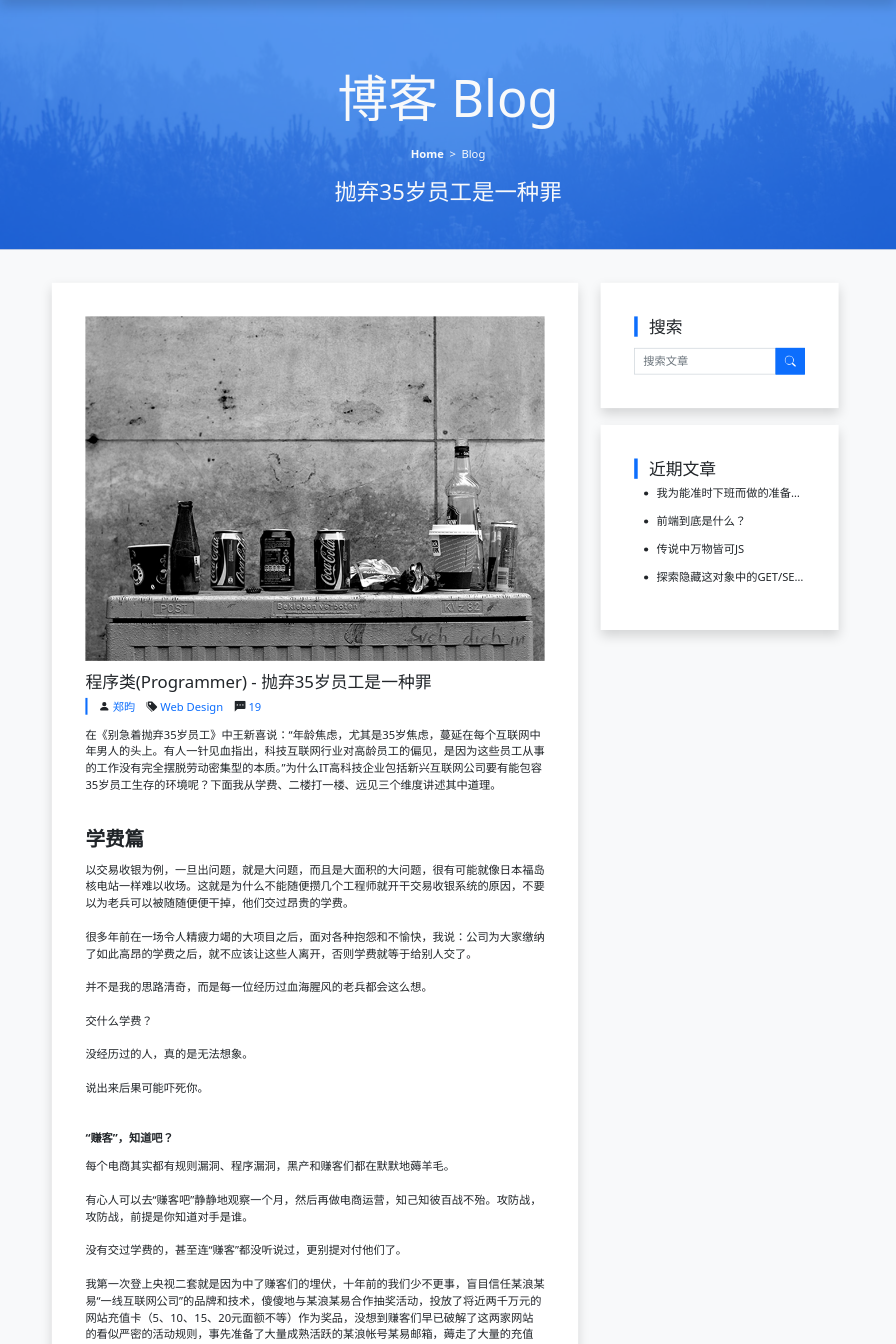
Repository: herjuandlonely/github.io
Page: index-blog.html
These files come from the project's save history. The page is drawn as it stood at one moment and after the next save; the edit follows.
The browser window is 1280 px wide. The pictures show the part of the page from y = 0 to 1920 px (the page is 3872 px tall), at 70% of full size.
Backgrounds fixed to the window are drawn as part of the page.

Above is the page before, as saved 2022-07-01 16:20:27.

### index-blog.html
<!DOCTYPE html>
<html lang="en">
<head>
    <meta charset="UTF-8">
    <meta http-equiv="X-UA-Compatible" content="IE=edge">
    <meta name="viewport" content="width=device-width, initial-scale=1.0">
    <link rel="stylesheet" href="./bootstrap-4.6.1-dist/css/bootstrap.min.css">
    <link rel="stylesheet" href="./CSS/index-blog.css">
    <link rel="stylesheet" href="./CSS/normalize.css">
    <link rel="stylesheet" href="./icon/font_3484823_t6q6q64gri/iconfont.css">
    <script src="./bootstrap-4.6.1-dist/js/bootstrap.bundle.min.js"></script>
    <title>何亚Herju- Blog -抛弃35岁员工是一种罪</title>
</head>
<body style="height: 3000px;" class=" bg-light">
    <!-- nav start -->
    <div class="container-fluid px-0 shadow navbarControl">
        <nav class="navbar navbar-expand-md navbar-dark navbarBg">
            <div class="container-fluid px-4">
                <a href="index.html" class="navbar-brand ms-4">Herju's Home</a>
                <button class="navbar-toggler" data-bs-toggle="collapse" data-bs-target="#foldBtn">
                    <span class="navbar-toggler-icon"></span>
                </button>
                <div class="collapse navbar-collapse" id="foldBtn">
                    <ul class="navbar-nav ms-auto me-4 navbarCli">
                        <li class="nav-item text-center">
                            <a class="nav-link fw-lighter" href="index.html#bk">博客 Blog</a>
                        </li>
                        <li class="nav-item text-center">
                            <a class="nav-link fw-lighter" href="index.html#jn">技能 Skill</a>
                        </li>
                        <li class="nav-item text-center">
                            <a class="nav-link fw-lighter" href="index.html#ab">关于 About</a>
                        </li>
                        <li class="nav-item text-center">
                            <a class="nav-link fw-lighter" href="index.html#lx">联系我 Call</a>
                        </li>
                    </ul>
                </div>
            </div>
        </nav>
    </div>
    <!-- nav end -->

    <!-- baneer start -->
    <div class="banner position-relative bannerContent">
        <div class=" position-absolute w-100 h-100 bg-primary" style="opacity: .7;"></div>
        <div class=" position-absolute w-100 h-100 py-5" style="z-index: 3;">
            <h1 class=" text-light text-center display-2 mb-0">博客 Blog</h1>
            <nav class=" text-light mbShit mt-5 mt-md-4" >
                <ol class="breadcrumb d-flex justify-content-center">
                    <li class="breadcrumb-item">
                        <a href="index.html" class="text-light text-decoration-none fw-bold">Home</a>
                    </li>
                    <li class="breadcrumb-item">Blog</li>
                </ol>
            </nav>
            <h1 class="text-center text-light mt-5 mt-md-4">抛弃35岁员工是一种罪</h1>
        </div>
    </div>
    <!-- baneer start -->

    <!-- content start -->
    <div class="container">
        <div class="row py-5">
            <div class="col-lg-8 col-12 px-1">

                <!-- 主内容 -->
                <div class="shadow bg-white p-5 mb-4">
                    <img src="./image/piqsels.com-id-fggmp.png" class="img-fluid">
                    <h4 class=" mt-3">
                        程序类(Programmer) - 抛弃35岁员工是一种罪
                    </h4>
                    <ul class='border-start border-3 border-primary list-unstyled d-flex'>
                        <li class=" ms-3">
                            <a href="#" class=" text-decoration-none d-flex align-items-center">
                                <svg xmlns="http://www.w3.org/2000/svg" width="16" height="16" fill="currentColor" class="bi bi-person-fill text-dark me-1" viewBox="0 0 16 16">
                                    <path d="M3 14s-1 0-1-1 1-4 6-4 6 3 6 4-1 1-1 1H3zm5-6a3 3 0 1 0 0-6 3 3 0 0 0 0 6z"/>
                                  </svg>
                                郑昀
                            </a>
                        </li>
                        <li class=" ms-3">
                            <a href="#" class=" text-decoration-none d-flex align-items-center">
                                <svg xmlns="http://www.w3.org/2000/svg" width="16" height="16" fill="currentColor" class="bi bi-tags-fill text-dark me-1" viewBox="0 0 16 16">
                                    <path d="M2 2a1 1 0 0 1 1-1h4.586a1 1 0 0 1 .707.293l7 7a1 1 0 0 1 0 1.414l-4.586 4.586a1 1 0 0 1-1.414 0l-7-7A1 1 0 0 1 2 6.586V2zm3.5 4a1.5 1.5 0 1 0 0-3 1.5 1.5 0 0 0 0 3z"/>
                                    <path d="M1.293 7.793A1 1 0 0 1 1 7.086V2a1 1 0 0 0-1 1v4.586a1 1 0 0 0 .293.707l7 7a1 1 0 0 0 1.414 0l.043-.043-7.457-7.457z"/>
                                  </svg>
                                Web Design
                            </a>
                        </li>
                        <li class=" ms-3">
                            <a href="#" class=" text-decoration-none d-flex align-items-center">
                                <svg xmlns="http://www.w3.org/2000/svg" width="16" height="16" fill="currentColor" class="bi bi-chat-left-dots-fill text-dark me-1" viewBox="0 0 16 16">
                                    <path d="M0 2a2 2 0 0 1 2-2h12a2 2 0 0 1 2 2v8a2 2 0 0 1-2 2H4.414a1 1 0 0 0-.707.293L.854 15.146A.5.5 0 0 1 0 14.793V2zm5 4a1 1 0 1 0-2 0 1 1 0 0 0 2 0zm4 0a1 1 0 1 0-2 0 1 1 0 0 0 2 0zm3 1a1 1 0 1 0 0-2 1 1 0 0 0 0 2z"/>
                                  </svg>
                                19
                            </a>
                        </li>
                    </ul>
                    <p class="mb-2">在《别急着抛弃35岁员工》中王新喜说：“年龄焦虑，尤其是35岁焦虑，蔓延在每个互联网中年男人的头上。有人一针见血指出，科技互联网行业对高龄员工的偏见，是因为这些员工从事的工作没有完全摆脱劳动密集型的本质。”为什么IT高科技企业包括新兴互联网公司要有能包容35岁员工生存的环境呢？下面我从学费、二楼打一楼、远见三个维度讲述其中道理。</p>
                    <h3 class=" fw-bold mt-5">学费篇</h3>
                    <p class="mt-3">以交易收银为例，一旦出问题，就是大问题，而且是大面积的大问题，很有可能就像日本福岛核电站一样难以收场。这就是为什么不能随便攒几个工程师就开干交易收银系统的原因，不要以为老兵可以被随随便便干掉，他们交过昂贵的学费。<br><br>
                        很多年前在一场令人精疲力竭的大项目之后，面对各种抱怨和不愉快，我说：公司为大家缴纳了如此高昂的学费之后，就不应该让这些人离开，否则学费就等于给别人交了。<br><br>
                        并不是我的思路清奇，而是每一位经历过血海腥风的老兵都会这么想。<br><br>
                        交什么学费？<br><br>
                        没经历过的人，真的是无法想象。<br><br>
                        说出来后果可能吓死你。
                    </p>
                    <p class=" fw-bold mt-5">“赚客”，知道吧？</p>
                    <p>每个电商其实都有规则漏洞、程序漏洞，黑产和赚客们都在默默地薅羊毛。<br><br>
                        有心人可以去“赚客吧”静静地观察一个月，然后再做电商运营，知己知彼百战不殆。攻防战，攻防战，前提是你知道对手是谁。<br><br>
                        没有交过学费的，甚至连“赚客”都没听说过，更别提对付他们了。<br><br>
                        我第一次登上央视二套就是因为中了赚客们的埋伏，十年前的我们少不更事，盲目信任某浪某易“一线互联网公司”的品牌和技术，傻傻地与某浪某易合作抽奖活动，投放了将近两千万元的网站充值卡（5、10、15、20元面额不等）作为奖品，没想到赚客们早已破解了这两家网站的看似严密的活动规则，事先准备了大量成熟活跃的某浪帐号某易邮箱，薅走了大量的充值卡。<br><br>
                        最近一次再度目睹赚客是2019年1月20日凌晨1点到10点，整整9个小时，羊毛党徒们狂欢，从拼多多领取（而不是抢购）100元无门槛优惠券，据信拼多多损失高达数千万元。<br><br>
                        幸好拼多多有专业团队写就的用户服务协议，能够有效地在这种薅羊毛事件中保护拼多多，比如：
                    </p>
                    <ul>
                        <li class=" mt-3">
                            账户保管：凡经您的账号和密码成功登录使用拼多多平台，即视为您的使用行为；您应当对您的账户进行的所有活动及后果负法律责任。您不得以任何形式擅自转让或授权他人使用您的账户，因您主动泄露、出借账户信息或因您遭受他人攻击、诈骗等行为导致的损失及后果，拼多多并不承担责任，您可以通过司法、行政等救济途径向侵权行为人追偿。<span class=" text-primary">（注：撇清盗号连带责任）</span>
                        </li>
                        <li class=" mt-3">
                            交易秩序：您的购买行为应当基于真实的消费需求，不得实施恶意购买、恶意维权等扰乱拼多多平台正常交易秩序的行为。基于维护拼多多平台交易秩序及交易安全的需要，拼多多发现上述情形时有权采取关闭相关交易订单，限制账户使用功能、中止或 终止服务等措施而无需事先通知您。<span class=" text-primary">（注：关闭订单，关停账户，有法可依！）</span>
                        </li>
                        <li class=" mt-3">
                            商品信息：您充分理解， 拼多多平台上存在海量信息，因为互联网技术及人力的局限性，拼多多不能保证平台上所有商品的信息均准确、完整、可靠、有效、没有错误和没有误导性。除拼多多有明显过错外，对于因商品信息导致的纠纷，拼多多不承担任何责任。<span class=" text-primary">（注：以往公司经常因为商品信息不准确或标价错误，而被消费者牵涉入官司中）</span>
                        </li>
                        <li class=" mt-3">
                            异常订单处理：如拼多多发现您通过拼多多平台下达的订单存在违反法律规定或者本协议约定的异常情形的，拼多多有权采取关闭相关交易订单、限制账户使用功能、中止或终止服务等措施而无需事先通知您。<span class=" text-primary">（注：针对薅羊毛黑产们的大杀器！）</span>
                        </li>
                        <li class=" mt-3">
                            禁止行为：使用拼多多平台外挂和/或利用拼多多平台当中的 BUG 来获得不正当的利益；<span class=" text-primary">（注：针对赚客们的大杀器！）</span>
                        </li>
                        <li class=" mt-3">
                            服务中断：您理解并同意，拼多多需要定期或者不定期地对拼多多平台、设备进行维护或者检修，因此造成的拼多多服务在合理时间内的中断，拼多多无需为此承担任何责任，但拼多多将尽可能事先通知您。<span class=" text-primary">（注：紧急事件发生的时候，可以主动关停服务！）</span>
                        </li>
                    </ul>
                    <p class="mt-4">
                        这是什么？这特么就是金山银海般的学费买来的宝贵战斗经验，在雪崩之下挽救公司前程命运。
                    </p>
                </div>

                <!-- 评论 -->
                <div class="shadow bg-white p-5 mb-4">
                    <h4 class=" border-start border-5 border-primary ps-3">留言（19）</h4>
                    <div class="d-flex mt-5">
                        <img src="./image/zm.gif" style="height: 80px;" />
                        <div class="ms-4 w-auto">
                            <h4>XXX</h4>
                            <i>19 Sep 2022</i>
                            <p class=" text-secondary text-break">这篇文章很有意思，吸收了很多的东西，感谢老师的分享。期待下次的分享。</p>
                        </div>
                    </div>
                    <div class="d-flex ms-4 mt-2">
                        <img src="./image/80.gif" style="height: 80px;" />
                        <div class="ms-4 w-auto">
                            <h4>AAA</h4>
                            <i>20 Sep 2022</i>
                            <p class=" text-secondary">写的确实很好，一起努力！</p>
                        </div>
                    </div>
                    <div class="d-flex mt-4">
                        <img src="./image/t2.gif" style="height: 80px;" />
                        <div class="ms-4 w-auto">
                            <h4>kkk</h4>
                            <i>13 Sep 2022</i>
                            <p class=" text-secondary">写的确实很好，一起努力！</p>
                        </div>
                    </div>
                </div>

                <!-- 留言 -->
                <div class="shadow bg-white p-5">
                    <h4 class=" border-start border-5 border-primary ps-3">发送留言</h4>
                    <div class="row mt-3">
                        <div class="col-12 col-md-6">
                            <input type="text" class="rounded-0 form-control" placeholder="Name*">
                        </div>
                        <div class="col-12 col-md-6 mt-4 mt-md-0">
                            <input type="text" class="rounded-0 form-control" placeholder="Email*">
                        </div>
                        <div class="col-12">
                            <input type="text" class="mt-4 rounded-0 form-control" placeholder="WebSite">
                        </div>
                        <div class="col-12 mt-4">
                            <div class="form-floating">
                                <textarea class="rounded-0 form-control" style="height: 120px;" id="contentNode" placeholder="s"></textarea>
                                <label for="contentNode" class=" text-secondary">Content</label>
                            </div>
                            <div class="btn btn-secondary mt-4">提交留言</div>
                        </div>
                    </div>
                </div>
            </div>
            <div class="col-lg-4">
                <div class="bg-white shadow p-5 ms-3">
                    <div class="border-start border-5 border-primary ps-3">
                        <h4>搜索</h4>
                    </div>
                    <div class="input-group mt-3">
                        <input type="text" class=" form-control rounded-0" placeholder="搜索文章">
                        <button class="btn btn-primary rounded-0 d-flex align-items-center">
                            <svg xmlns="http://www.w3.org/2000/svg" width="16" height="16" fill="currentColor" class="bi bi-search" viewBox="0 0 16 16">
                                <path d="M11.742 10.344a6.5 6.5 0 1 0-1.397 1.398h-.001c.03.04.062.078.098.115l3.85 3.85a1 1 0 0 0 1.415-1.414l-3.85-3.85a1.007 1.007 0 0 0-.115-.1zM12 6.5a5.5 5.5 0 1 1-11 0 5.5 5.5 0 0 1 11 0z"/>
                              </svg>
                        </button>
                    </div>
                </div>
                <div class="bg-white shadow mt-4 p-5 ms-3">
                    <div class="border-start border-5 border-primary ps-3">
                        <h4>近期文章</h4>
                    </div>
                    <ul>
                        <li>
                            <a href="#" class="text-decoration-none text-dark">
                                <p class="textUl">我为能准时下班而做的准备，以及由此的收获，同时总结下不足</p>
                            </a>
                        </li>
                        <li>
                            <a href="#" class="text-decoration-none text-dark">
                                <p class="textUl">前端到底是什么？</p>
                            </a>
                        </li>
                        <li>
                            <a href="#" class="text-decoration-none text-dark">
                                <p class="textUl">传说中万物皆可JS</p>
                            </a>
                        </li>
                        <li>
                            <a href="#" class="text-decoration-none text-dark">
                                <p class="textUl">探索隐藏这对象中的GET/SET方法</p>
                            </a>
                        </li>
                    </ul>
                </div>
            </div>
        </div>
    </div>
    <!-- content end -->

    <script src="./JS/index-blog.js"></script>
</body>
</html>

### CSS/index-blog.css
.navbarControl{
    transition: .3s;
    position: fixed;
    top: 0;
    left: 0;
    z-index: 999;
}
.navbarControl.showAndHide{
    top: -56px;
}
.navbarControl a{
    cursor: pointer;
}
.navbarBg{
    background-color: #161d27;
}
.banner{
    background: url(../image/overlay-bg.jpg) no-repeat center -180px;
    height: 356px;
    background-attachment: fixed;
    background-size: cover;
}
.mbShit{
    --bs-breadcrumb-divider: '>';
}
.mbShit ol .breadcrumb-item::before{
    color: #f8f9fa !important;
}
.textUl{
    overflow: hidden;  /* 溢出隐藏 */
    white-space: nowrap;  /* 不允许换行 */
    text-overflow: ellipsis;  /* 换成... */
}

### icon/font_3484823_t6q6q64gri/iconfont.css
@font-face {
  font-family: "iconfont"; /* Project id 3484823 */
  src: url('iconfont.woff2?t=1656149880118') format('woff2'),
       url('iconfont.woff?t=1656149880118') format('woff'),
       url('iconfont.ttf?t=1656149880118') format('truetype');
}

.iconfont {
  font-family: "iconfont" !important;
  font-size: 16px;
  font-style: normal;
  -webkit-font-smoothing: antialiased;
  -moz-osx-font-smoothing: grayscale;
}

.icon-QQ:before {
  content: "\e882";
}

.icon-weixin:before {
  content: "\e8bb";
}

### JS/index-blog.js
(function(){
    const myBlog = {
        $: (ele) => {
            return document.querySelectorAll(ele);
        },
        "isHide": function () {
            let oldScrollTop = 0;
            let isHide = this.$('.navbarControl')[0];
            const navbarCli = this.$('.navbarCli')[0].children;
            const banner = this.$('.bannerContent')[0];

            function scrollHide () {
                let scrollTop = window.pageYOffset || this.document.documentElement.scrollTop || this.document.body.scrollTop;
                let scrollSet = scrollTop - oldScrollTop;
                oldScrollTop = scrollTop;
                if (scrollSet < 0) {
                    isHide.classList.remove('showAndHide');
                } else {
                    isHide.classList.add('showAndHide');
                    foldBtn.classList.remove('show');
                };
            };


            window.addEventListener("scroll", scrollHide);

            for (let i = 0; i < navbarCli.length; i++) {
                navbarCli[i].onclick = function () {
                    window.removeEventListener("scroll", scrollHide);
                    isHide.classList.add('showAndHide');
                    foldBtn.classList.remove('show');
                    setTimeout(() => {
                        window.addEventListener("scroll", scrollHide);
                    }, 800)
                };
                navbarCli[i].ontouchend = function () {
                    window.removeEventListener("scroll", scrollHide);
                    isHide.classList.add('showAndHide');
                    foldBtn.classList.remove('show');
                    setTimeout(() => {
                        window.addEventListener("scroll", scrollHide);
                    }, 800)
                };
            };

        }
    }

    myBlog.isHide();
})()

Loaded but not shown: bootstrap-4.6.1-dist/css/bootstrap.min.css (library); CSS/normalize.css (library); bootstrap-4.6.1-dist/js/bootstrap.bundle.min.js (library)

After the next save:
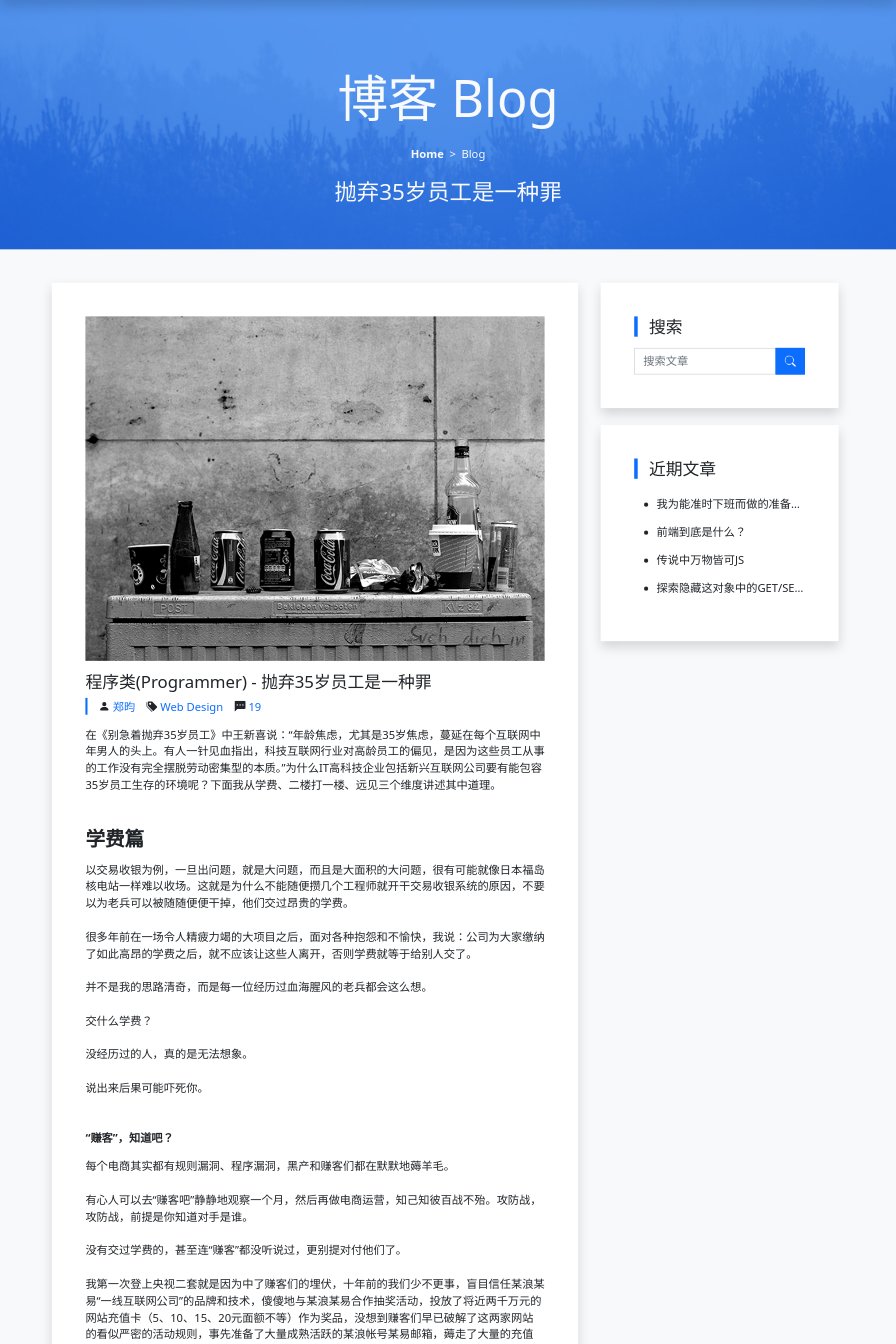
Saved 18 s later.
--- a/index-blog.html
+++ b/index-blog.html
@@ -209,7 +209,7 @@
                     <div class="border-start border-5 border-primary ps-3">
                         <h4>近期文章</h4>
                     </div>
-                    <ul>
+                    <ul class="mt-4">
                         <li>
                             <a href="#" class="text-decoration-none text-dark">
                                 <p class="textUl">我为能准时下班而做的准备，以及由此的收获，同时总结下不足</p>
